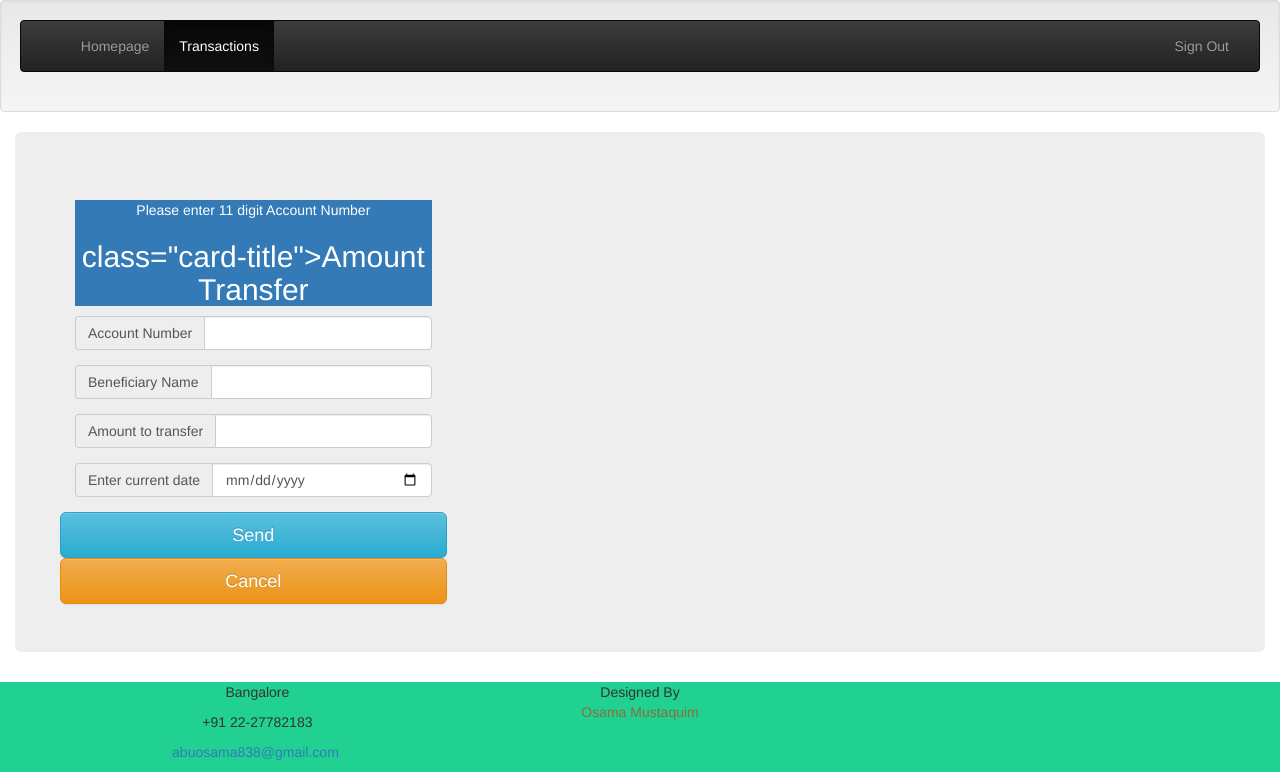
Repository: osamamustaquim/Online-Banking-Management-System
Page: http://localhost/BankApp/Wrongaccnum.jsp
The author's editor kept a copy of each file at every save. The page is drawn from the files as they stood at one save, then again after the next save.
The browser window is 1280 px wide. The pictures show the whole page.
Some web fonts or font styles are not loaded; a fallback is used. The page is served by Tomcat 9. Other server files are loaded and not shown.

Above is the page before, as saved 2020-04-10 15:58:25.

### Online Banking Application using MVC model - Copy/BankApp/WebContent/Wrongaccnum.jsp
<%@ page language="java" contentType="text/html; charset=ISO-8859-1"
	pageEncoding="ISO-8859-1"%>
<!DOCTYPE html>
<html>
<head>
<meta charset="ISO-8859-1">
<title> Amount transfer</title>

<link href="assests/css/bootstrap.min.css" rel="stylesheet">
<link href="assests/fonts/css/all.css" rel="stylesheet">
<link href="assests/css/bootstrap-theme.min.css" rel="stylesheet">
<script src="assests/js/jquery-2.2.0.min.js" type="text/javascript"></script>
<script src="assests/js/bootstrap.min.js" type="text/javascript"></script>
<style type="text/css">
.body{
background:"red"
}
</style>

</head>
<body>
<div class="well">
	<nav class="navbar navbar-inverse">
		<div class="container-fluid">
			<div class="navbar-header">
				<button type="button" class="navbar-toggle" data-toggle="collapse"
					data-target="#myNavbar">
					<span class="icon-bar"></span> <span class="icon-bar"></span> <span
						class="icon-bar"></span>
				</button>

			</div>
			<div class="collapse navbar-collapse" id="myNavbar">
				<ul class="nav navbar-nav">
					<li><a href="home.jsp"><i class="fa fa-home"
							aria-hidden="true"></i> Homepage</a></li>
					<li class="active"><a href="">Transactions</a></li>


				</ul>
				<ul class="nav navbar-nav navbar-right">

					<li><a href="logout"> <i class="fa fa-sign-out"
							aria-hidden="true"></i> Sign Out
					</a></li>
				</ul>
			</div>
		</div>
	</nav>
	</div>

<div class="content-container">

  <div class="container-fluid">

    <!-- Main component for a primary marketing message or call to action -->
    <div class="jumbotron">

    <div class="content-container">
	<div class="container-fluid history text-center ">
	<p class="text-success"><h2></h2></p>
	</div>
	</div>

	<div class="row justify-content-md-center">
		<div class="col-md-4">
			<div class="card border-primary">
				<div class="card-header bg-primary text-center">
				Please enter 11 digit Account Number
					<h2> class="card-title">Amount Transfer</h2>
				</div>
				<div class="card-body justify-content-center">
					<form accept-charset="UTF-8" role="form" action="Transferservlet"
						method="post">
						<fieldset>

							<div class="form-group">
								<div class="input-group">
									<span class="input-group-addon"> Account Number</span> <input
										type="text" placeholder="" name="toacc" class="form-control"
										value="">
								</div>
							</div>
							<div class="form-group">
								<div class="input-group">
									<span class="input-group-addon">Beneficiary Name</span> <input
										type="text" placeholder="" name="accholdername"
										class="form-control" value="">
								</div>
							</div>

							<div class="form-group">
								<div class="input-group">
									<span class="input-group-addon">Amount to transfer</span> <input
										type="text" placeholder="" name="tamount" class="form-control"
										value="">
								</div>
							</div>

							<div class="form-group">
								<div class="input-group">
									<span class="input-group-addon">Enter current date</span> <input
										type="date" placeholder="" name="date" class="form-control"
										id="date">
								</div>
							</div>

							<div class="row">
								<div class="col">
									<input class="btn btn-lg btn-info btn-block" type="submit"
										value="Send">
								</div>
								<div class="col">
									<a href="home.jsp" class="btn btn-lg btn-warning btn-block">Cancel</a>
								</div>
							</div>
						</fieldset>
					</form>
				</div>
			</div>
		</div>
	</div>

	</div>
	</div>
	</div>

<!-- footer -->
     <footer  style="background-color: #21d192">
        <div class="container">
            <div class="row ">

                <div class="col-md-4 text-white text-center text-md-left ">
                    <div class="py-2 my-4">
                        <div>
                            <p class="text-white"> <i class="fa fa-map-marker mx-2 "></i>
                                   Bangalore
                        </div>

                        <div>
                            <p><i class="fa fa-phone  mx-2 "></i> +91 22-27782183</p>
                        </div>
                        <div>
                            <p><i class="fa fa-envelope  mx-2"></i><a href="mailto:support@eduonix.com">abuosama838@gmail.com</a></p>
                        </div>
                    </div>
                </div>

                <div class="col-md-4 text-white my-4 text-center text-md-left ">
                    <span class=" font-weight-bold ">Designed By</span>
					<p class="text-warning my-2" >Osama Mustaquim</p>
                    <div class="py-2">
                        <a href="#"><i class="fab fa-facebook fa-2x text-primary mx-3"></i></a>
                        <a href="#"><i class="fab fa-google-plus fa-2x text-danger mx-3"></i></a>
                        <a href="#"><i class="fab fa-twitter fa-2x text-info mx-3"></i></a>
                        <a href="#"><i class="fab fa-youtube fa-2x text-danger mx-3"></i></a>
                    </div>
                </div>
            </div>
        </div>
     </footer>
     <!-- end of footer -->

</body>
</html>

Loaded but not shown: Online Banking Application using MVC model - Copy/BankApp/WebContent/assests/css/bootstrap.min.css (library); Online Banking Application using MVC model - Copy/BankApp/WebContent/assests/fonts/css/all.css (library); Online Banking Application using MVC model - Copy/BankApp/WebContent/assests/css/bootstrap-theme.min.css (library); Online Banking Application using MVC model - Copy/BankApp/WebContent/assests/js/jquery-2.2.0.min.js (library); Online Banking Application using MVC model - Copy/BankApp/WebContent/assests/js/bootstrap.min.js (library)

After the next save:
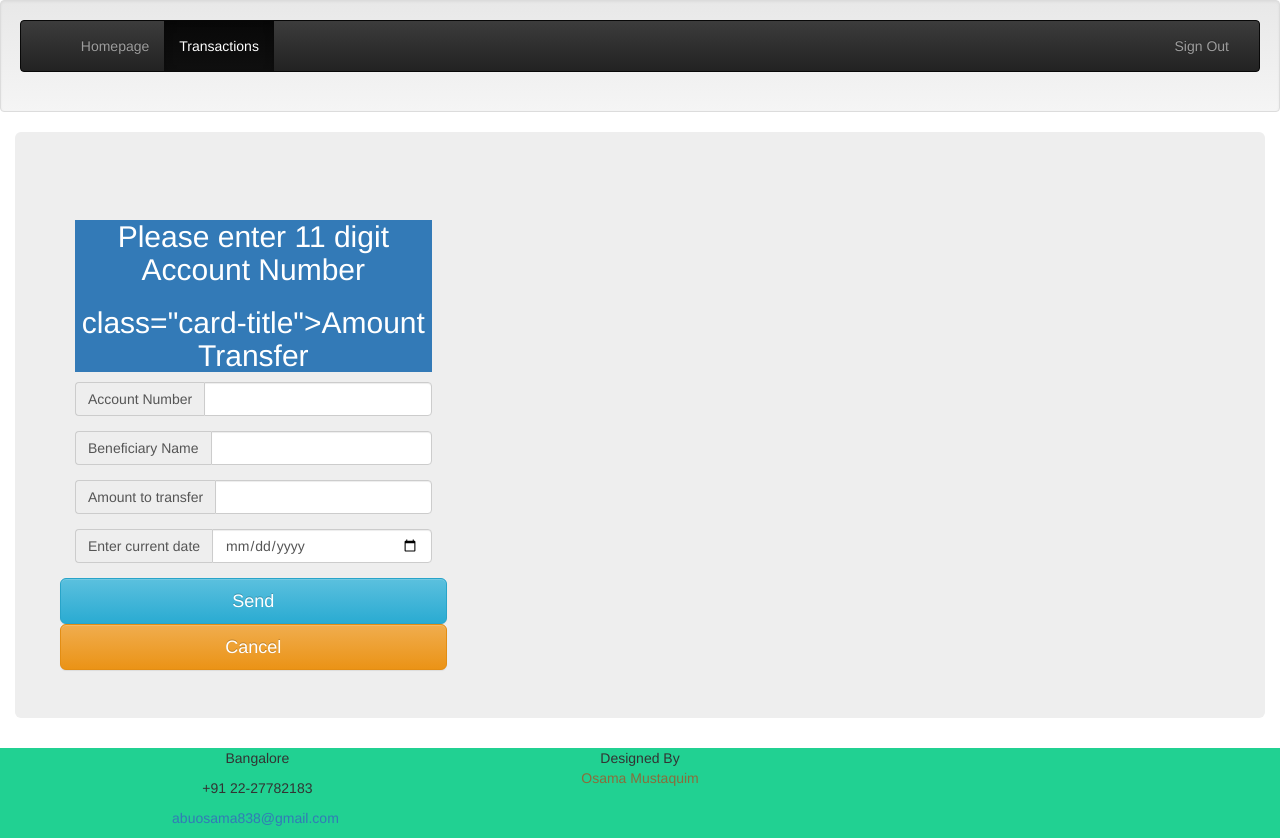
Saved 18 s later.
--- a/Online Banking Application using MVC model - Copy/BankApp/WebContent/Wrongaccnum.jsp
+++ b/Online Banking Application using MVC model - Copy/BankApp/WebContent/Wrongaccnum.jsp
@@ -66,7 +66,7 @@ background:"red"
 		<div class="col-md-4">
 			<div class="card border-primary">
 				<div class="card-header bg-primary text-center">
-				Please enter 11 digit Account Number
+				<h2>Please enter 11 digit Account Number</h2>
 					<h2> class="card-title">Amount Transfer</h2>
 				</div>
 				<div class="card-body justify-content-center">
